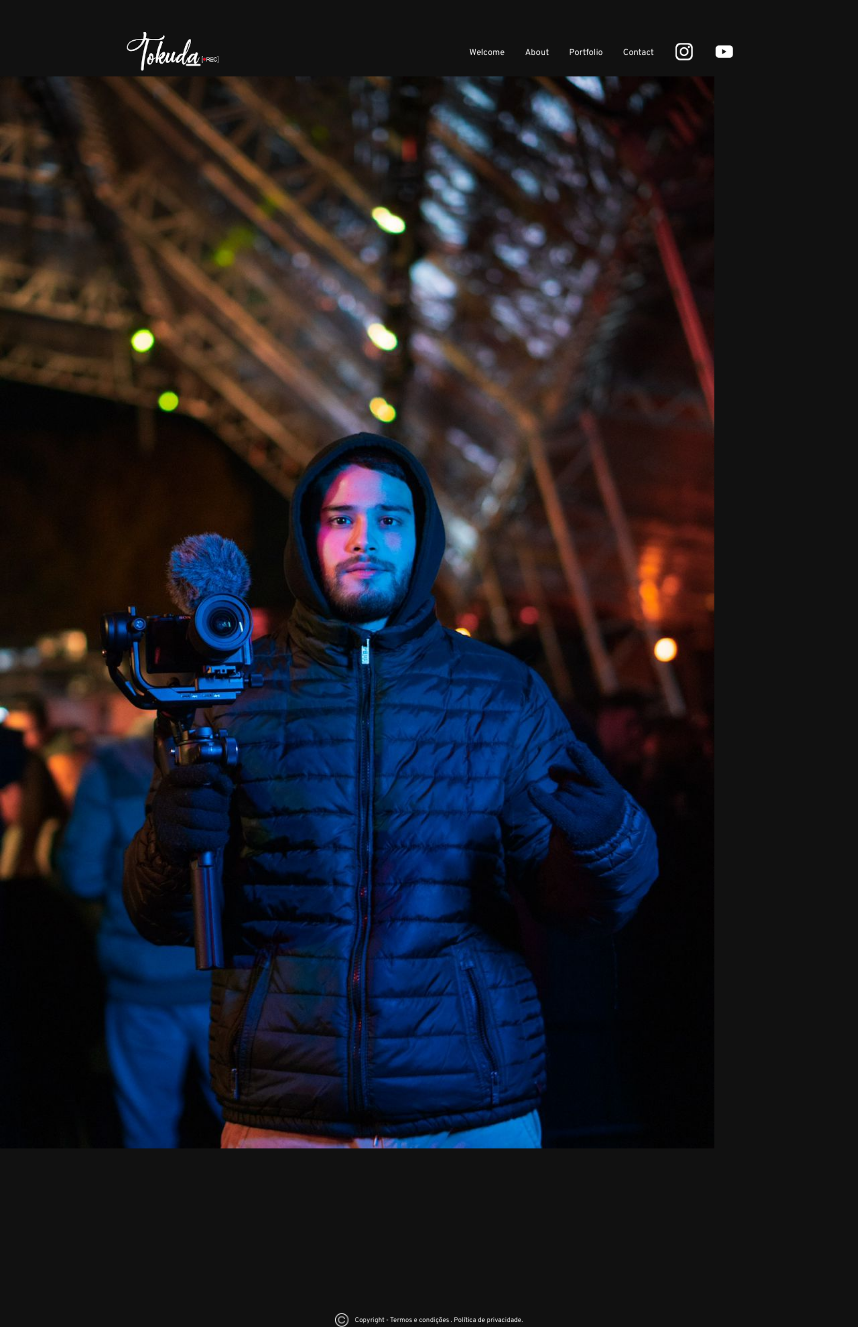
Repository: Lucasbeze/Project-FilmMaker
Page: projeto-alex/pages/about.html
The author's editor kept a copy of each file at every save. The page is drawn from the files as they stood at one save, then again after a run of saves.
The browser window is 1280 px wide. The pictures show the whole page, at 67% of full size.

Above is the page before, as saved 2022-08-25 14:50:27.

After the next 2 saves:
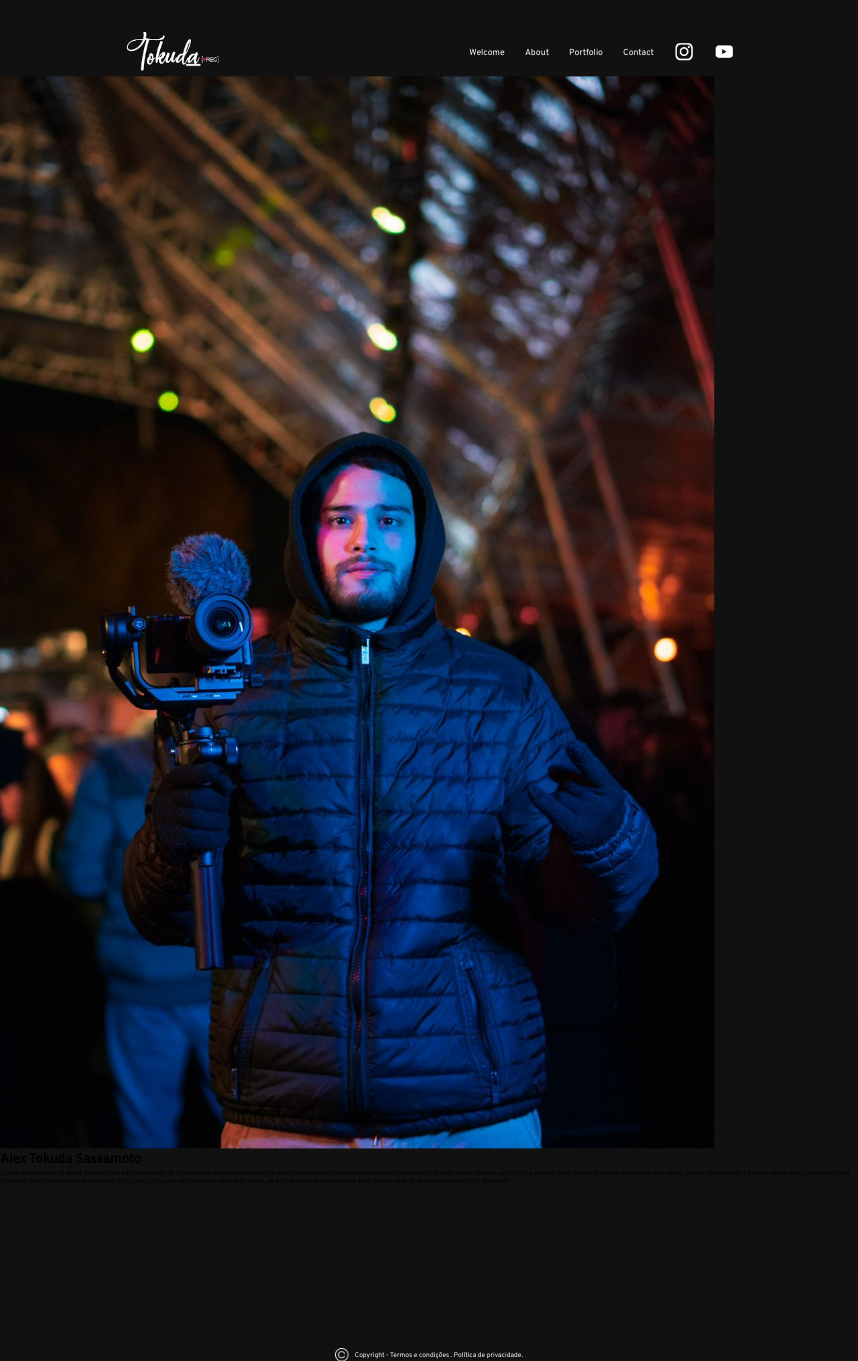
The 2 saves are shown as one change because they came seconds apart.
The last was saved 10 s later.
--- a/projeto-alex/pages/about.html
+++ b/projeto-alex/pages/about.html
@@ -22,7 +22,8 @@
   </header>
   <main>
     <img src="../imagens/photo.jpeg" alt="foto-alextokuda">
-    <h1></h1>
+    <h1>Alex Tokuda Sassamoto</h1>
+    <p>Lorem ipsum dolor sit amet consectetur adipisicing elit. Ut dignissimos magnam excepturi at voluptates blanditiis reiciendis voluptatibus tenetur et velit omnis dolores sunt officia, magni, dolor neque ducimus autem reprehenderit. Lorem ipsum dolor sit amet consectetur adipisicing elit. Deserunt porro laboriosam maiores veritatis, suscipit quam nihil magnam laudantium qui, ea officia quidem doloremque sunt repellendus in ab reprehenderit sint. Quidem?</p>
   </main>
   <footer>
     <img src="../imagens/copyright.png" alt="copyright-icon">
